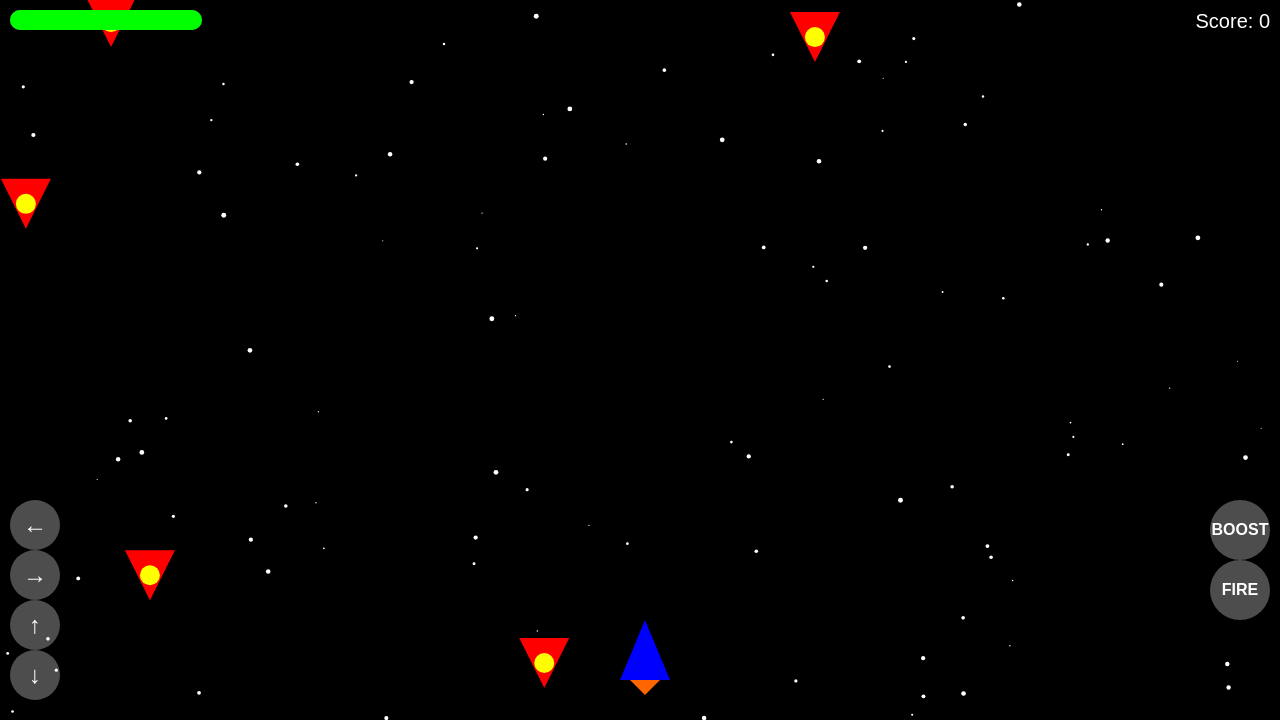
Repository: BiranOrundas/space-shooter
Page: space-shooter.html
An editor plug-in stored every save of this project. The page is shown before and after the next save, followed by the edit.
The browser window is 1280 px wide. The pictures show the whole page.
The pointer rests on the first visible `.direction-btn`.

Above is the page before, as saved 2025-03-13 15:24:14.

After the next save:
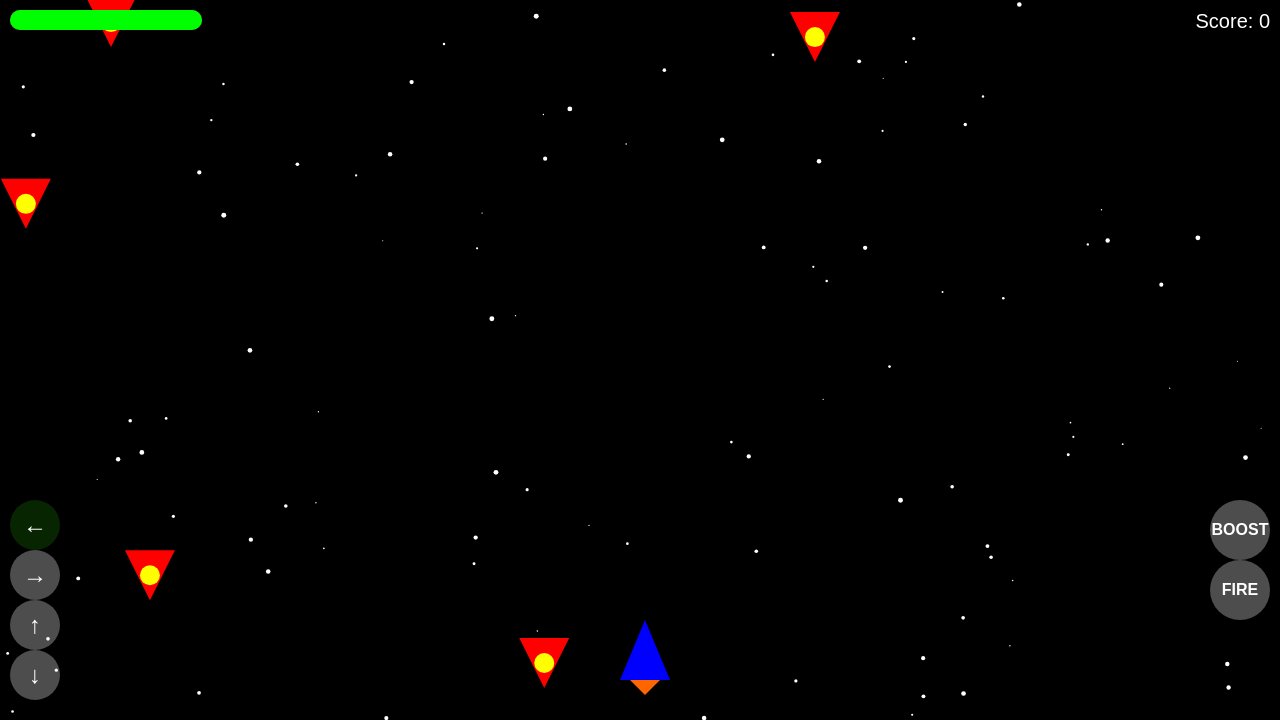
Saved 4 s later.
--- a/space-shooter.html
+++ b/space-shooter.html
@@ -58,7 +58,7 @@
     .direction-btn:hover {
       width: 50px;
       height: 50px;
-      background-color: rgba(255, 255, 255, 0.3);
+      background-color: rgba(24, 124, 4, 0.3);
       border-radius: 50%;
       display: flex;
       justify-content: center;
